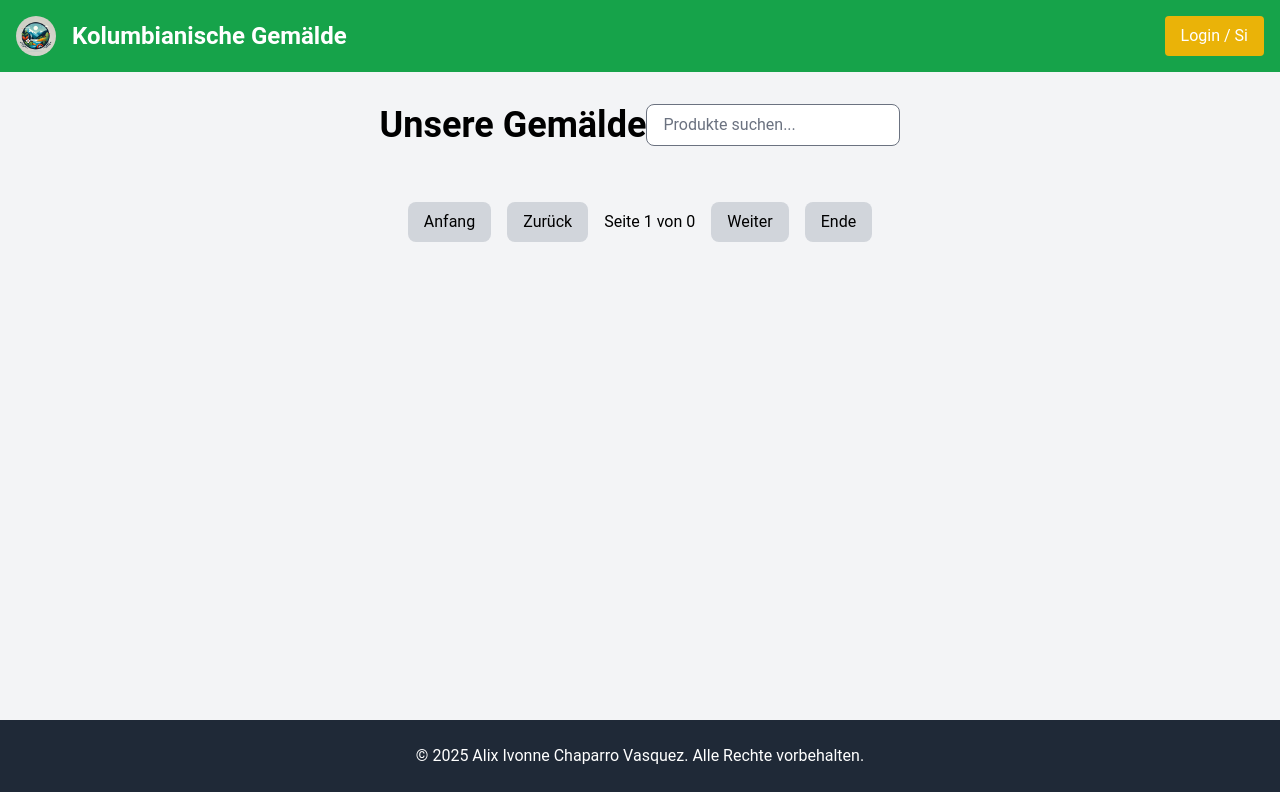
Repository: alixchaparrov/bilder-shop
Page: /
An editor plug-in stored every save of this project. The page is shown before and after the next save, followed by the edit.
The browser window is 1280 px wide. The pictures show the whole page.
The page's requests for data from a server got no answer. The project was rebuilt for these pictures with package versions that can differ from the ones it lists, and the page was loaded fresh each time. The framework's server and built-in components were replaced by stand-ins that run in the browser. No one was signed in, and anything a server would have sent is missing. Also part of the build but not shown: next.config.ts, src/app/components/AuthModalContent.tsx, src/store/cartStore.ts, src/app/components/ProductCard.tsx.

Above is the page before, as saved 2025-01-04 12:44:36.

### src/app/layout.tsx
"use client";

import "./globals.css";
import { Geist, Geist_Mono } from "next/font/google";
import { AuthProvider } from "@/context/AuthContext"; // Ruta precisa
import Navbar from "@/app/components/Navbar";

const geistSans = Geist({
  variable: "--font-geist-sans",
  subsets: ["latin"],
});

const geistMono = Geist_Mono({
  variable: "--font-geist-mono",
  subsets: ["latin"],
});

export default function RootLayout({
  children,
}: {
  children: React.ReactNode;
}) {
  return (
    <html lang="de">
      <head>
        <title>Kolumbianische Gemälde</title>
        <meta
          name="description"
          content="Galerie von kolumbianischen Landschaftsgemälden. Entdecken Sie die Schönheit Kolumbiens durch unsere einzigartigen Kunstwerke."
        />
        <link rel="icon" href="/favicon.png" />
      </head>
      <body className={`${geistSans.variable} ${geistMono.variable} antialiased`}>
        <AuthProvider>
          <Navbar />
          {children}
        </AuthProvider>
      </body>
    </html>
  );
}

### src/app/page.tsx
"use client";

import { useState, useEffect } from "react";
import client from "@/lib/sanity"; // Cliente de Sanity
import ProductCard from "@/app/components/ProductCard";
import Navbar from "@/app/components/Navbar"; // Asegúrate de que el Navbar esté correctamente importado

export default function Home() {
  const [products, setProducts] = useState([]); // Estado para productos
  const [searchQuery, setSearchQuery] = useState("");
  const [darkMode, setDarkMode] = useState(false);
  const [currentPage, setCurrentPage] = useState(1);
  const itemsPerPage = 6; // Productos por página

  // Cargar productos desde Sanity
  useEffect(() => {
    const fetchProducts = async () => {
      try {
        const fetchedProducts = await client.fetch(`*[_type == "product"]`);
        setProducts(fetchedProducts);
      } catch (err) {
        console.error("Error al cargar productos:", err);
      }
    };

    fetchProducts();
  }, []);

  // Filtrar productos
  const filteredProducts = products.filter((product) =>
    product.name.toLowerCase().includes(searchQuery.toLowerCase())
  );

  const totalPages = Math.ceil(filteredProducts.length / itemsPerPage);
  const paginatedProducts = filteredProducts.slice(
    (currentPage - 1) * itemsPerPage,
    currentPage * itemsPerPage
  );

  return (
    <div
      className={`min-h-screen flex flex-col ${
        darkMode ? "bg-gray-900 text-white" : "bg-gray-100 text-black"
      }`}
    >

      <main className="flex-grow pt-24 p-4 sm:p-8 max-w-7xl mx-auto">
        <div className="flex justify-between items-center mb-6">
          <h2 className="text-2xl sm:text-3xl lg:text-4xl font-semibold">
            Unsere Gemälde
          </h2>
          <input
            type="text"
            placeholder="Produkte suchen..."
            className="px-4 py-2 rounded-lg text-black"
            value={searchQuery}
            onChange={(e) => setSearchQuery(e.target.value)}
          />
        </div>

        {/* Lista de productos */}
        <div className="grid grid-cols-1 sm:grid-cols-2 lg:grid-cols-3 gap-6">
          {paginatedProducts.map((product) => (
            <ProductCard key={product._id} product={product} />
          ))}
        </div>

        {/* Paginación */}
        <div className="flex justify-center items-center mt-8 space-x-4">
          <button
            className="bg-gray-300 px-4 py-2 rounded-lg"
            disabled={currentPage === 1}
            onClick={() => setCurrentPage(1)}
          >
            Anfang
          </button>
          <button
            className="bg-gray-300 px-4 py-2 rounded-lg"
            disabled={currentPage === 1}
            onClick={() => setCurrentPage(currentPage - 1)}
          >
            Zurück
          </button>
          <span>
            Seite {currentPage} von {totalPages}
          </span>
          <button
            className="bg-gray-300 px-4 py-2 rounded-lg"
            disabled={currentPage === totalPages}
            onClick={() => setCurrentPage(currentPage + 1)}
          >
            Weiter
          </button>
          <button
            className="bg-gray-300 px-4 py-2 rounded-lg"
            disabled={currentPage === totalPages}
            onClick={() => setCurrentPage(totalPages)}
          >
            Ende
          </button>
        </div>
      </main>

      {/* Footer */}
      <footer className="bg-gray-800 text-white p-6 text-center">
        <p>
          © {new Date().getFullYear()} Alix Ivonne Chaparro Vasquez. Alle Rechte
          vorbehalten.
        </p>
      </footer>
    </div>
  );
}

### src/app/globals.css
@tailwind base;
@tailwind components;
@tailwind utilities;

/* Color Variables */
:root {
  --background: #f5f5f5;
  --foreground: #333333;
  --primary: #00704A;
  --secondary: #FFB400;
  --accent: #D62828;
}

.dark {
  --background: #121212;
  --foreground: #e0e0e0;
  --primary: #34D399;
  --secondary: #FACC15;
  --accent: #EF4444;
}

/* General Styles */
body {
  background-color: var(--background);
  color: var(--foreground);
  font-family: 'Roboto', sans-serif;
}

/* Navbar */
.navbar {
  @apply fixed top-0 left-0 right-0 z-50 flex justify-between items-center p-4;
  background-color: var(--primary);
  color: white;
}

.navbar input {
  @apply px-4 py-2 rounded-md border;
  border-color: var(--secondary);
  color: var(--foreground);
}

/* Cards */
.card {
  @apply bg-white dark:bg-gray-800 text-black dark:text-white shadow-lg rounded-lg p-6 transition-all;
}

.card:hover {
  @apply transform scale-105 shadow-xl;
}

.card-title {
  @apply text-xl font-bold;
}

.card-description {
  @apply text-sm text-gray-600 dark:text-gray-400;
}

.card-price {
  @apply text-lg font-bold text-primary;
}

/* Buttons */
.btn-primary {
  @apply bg-primary text-white px-4 py-2 rounded-md shadow;
  transition: background-color 0.3s;
}

.btn-primary:hover {
  @apply bg-green-700;
}

.btn-secondary {
  @apply bg-secondary text-black px-4 py-2 rounded-md shadow;
}

.btn-secondary:hover {
  @apply bg-yellow-600;
}

.btn-gray {
  @apply bg-gray-300 text-black px-4 py-2 rounded-md;
}

.btn-gray:disabled {
  @apply bg-gray-200 text-gray-400 cursor-not-allowed;
}

/* Cart Button */
.cart-button {
  @apply relative;
}

.cart-counter {
  @apply absolute -top-2 -right-2 bg-red-500 text-white text-xs font-bold rounded-full w-5 h-5 flex items-center justify-center;
}

/* Modal */
.modal-content {
  @apply bg-white dark:bg-gray-900 p-6 rounded-lg shadow-lg;
}

/* Footer */
footer {
  @apply bg-gray-800 text-white text-center py-4;
}

/* Utilities */
.line-clamp-3 {
  display: -webkit-box;
  -webkit-line-clamp: 3;
  -webkit-box-orient: vertical;
  overflow: hidden;
}

### src/context/AuthContext.tsx
import { createContext, useContext, useState, useEffect } from "react";
import client from "@/lib/sanity";
import bcrypt from "bcryptjs"; // Instala bcryptjs con `npm install bcryptjs`

interface User {
  email: string;
  role: string;
}

interface AuthContextType {
  user: User | null;
  login: (email: string, password: string) => Promise<void>;
  register: (email: string, password: string) => Promise<void>;
  logout: () => void;
}

const AuthContext = createContext<AuthContextType | null>(null);

export const AuthProvider = ({ children }: { children: React.ReactNode }) => {
  const [user, setUser] = useState<User | null>(null);

  const login = async (email: string, password: string) => {
    const query = `*[_type == "user" && email == $email][0]`;
    const result = await client.fetch(query, { email });

    if (!result || !(await bcrypt.compare(password, result.password))) {
      throw new Error("Credenciales incorrectas");
    }

    setUser({ email: result.email, role: result.role });
  };

  const register = async (email: string, password: string) => {
    const hashedPassword = await bcrypt.hash(password, 10);
    await client.create({
      _type: "user",
      email,
      password: hashedPassword,
      role: "user",
    });
  };

  const logout = () => setUser(null);

  return (
    <AuthContext.Provider value={{ user, login, register, logout }}>
      {children}
    </AuthContext.Provider>
  );
};

export const useAuth = () => useContext(AuthContext);

### src/app/components/Navbar.tsx
"use client";

import { useAuth } from "@/context/AuthContext"; // Contexto de autenticación
import { useState, useEffect } from "react";
import AuthModalContent from "./AuthModalContent";

const Navbar = () => {
  const { user, logout } = useAuth(); // Obtener usuario y funciones del contexto
  const [isModalOpen, setIsModalOpen] = useState(false); // Estado del modal de autenticación
  const [isClient, setIsClient] = useState(false); // Asegurar renderizado en cliente

  // Habilitar renderizado en cliente
  useEffect(() => {
    setIsClient(true);
  }, []);

  if (!isClient) return null; // Evitar renderizado en el servidor

  return (
    <>
      {/* Navbar */}
      <nav className="flex justify-between items-center p-4 bg-green-600 text-white">
        {/* Logo y título */}
        <div className="flex items-center space-x-4">
          <img
            src="/images/logo.png"
            alt="Logo"
            className="h-10 w-10 rounded-full"
          />
          <h1 className="text-2xl font-bold">Kolumbianische Gemälde</h1>
        </div>

        {/* Opciones de usuario */}
        <div className="flex items-center space-x-4">
          {user ? (
            <>
              <span>
                Willkommen, <strong>{user.email}</strong>
              </span>
              <button
                onClick={logout}
                className="bg-red-500 hover:bg-red-600 text-white px-4 py-2 rounded"
              >
                Cerrar sesión
              </button>
            </>
          ) : (
            <button
              onClick={() => setIsModalOpen(true)}
              className="bg-yellow-500 hover:bg-yellow-600 text-white px-4 py-2 rounded"
            >
              Login / Si
            </button>
          )}
        </div>
      </nav>

      {/* Modal de autenticación */}
      {isModalOpen && (
        <div className="fixed inset-0 flex items-center justify-center bg-black bg-opacity-50 z-50">
          <div className="bg-white p-6 rounded-lg shadow-lg w-full max-w-md relative">
            {/* Botón para cerrar el modal */}
            <button
              onClick={() => setIsModalOpen(false)}
              className="absolute top-2 right-2 text-gray-600 hover:text-gray-900"
            >
              ✖
            </button>

            {/* Contenido del modal */}
            <AuthModalContent onClose={() => setIsModalOpen(false)} />
          </div>
        </div>
      )}
    </>
  );
};

export default Navbar;

### src/lib/sanity.ts
import { createClient } from "@sanity/client";
import imageUrlBuilder from "@sanity/image-url";

const client = createClient({
  projectId: "mo3mvugi", // Reemplaza con tu Project ID
  dataset: "production",
  apiVersion: "2023-01-01",
  useCdn: true,
});


// Initialize URL builder
const builder = imageUrlBuilder(client);

// Helper function to build image URLs
export const urlFor = (source: any) => builder.image(source);

export default client;

### tailwind.config.ts
import type { Config } from "tailwindcss";

const config: Config = {
  content: [
    "./src/**/*.{js,ts,jsx,tsx}",
    "./src/pages/**/*.{js,ts,jsx,tsx}",
    "./src/components/**/*.{js,ts,jsx,tsx}",
    "./src/app/**/*.{js,ts,jsx,tsx}",
  ],
  theme: {
    extend: {
      colors: {
        primary: "#00704A",
        secondary: "#FFB400",
        accent: "#D62828",
        background: "#F3F4F6",
        card: "#FFFFFF",
        textDark: "#1B1B1B",
        textLight: "#FAFAFA",
      },
      fontFamily: {
        sans: ["Poppins", "sans-serif"],
        serif: ["Merriweather", "serif"],
      },
      boxShadow: {
        card: "0 4px 6px rgba(0, 0, 0, 0.1)",
      },
    },
  },
  darkMode: "class",
  plugins: [require("@tailwindcss/forms")],
};

export default config;

After the next save:
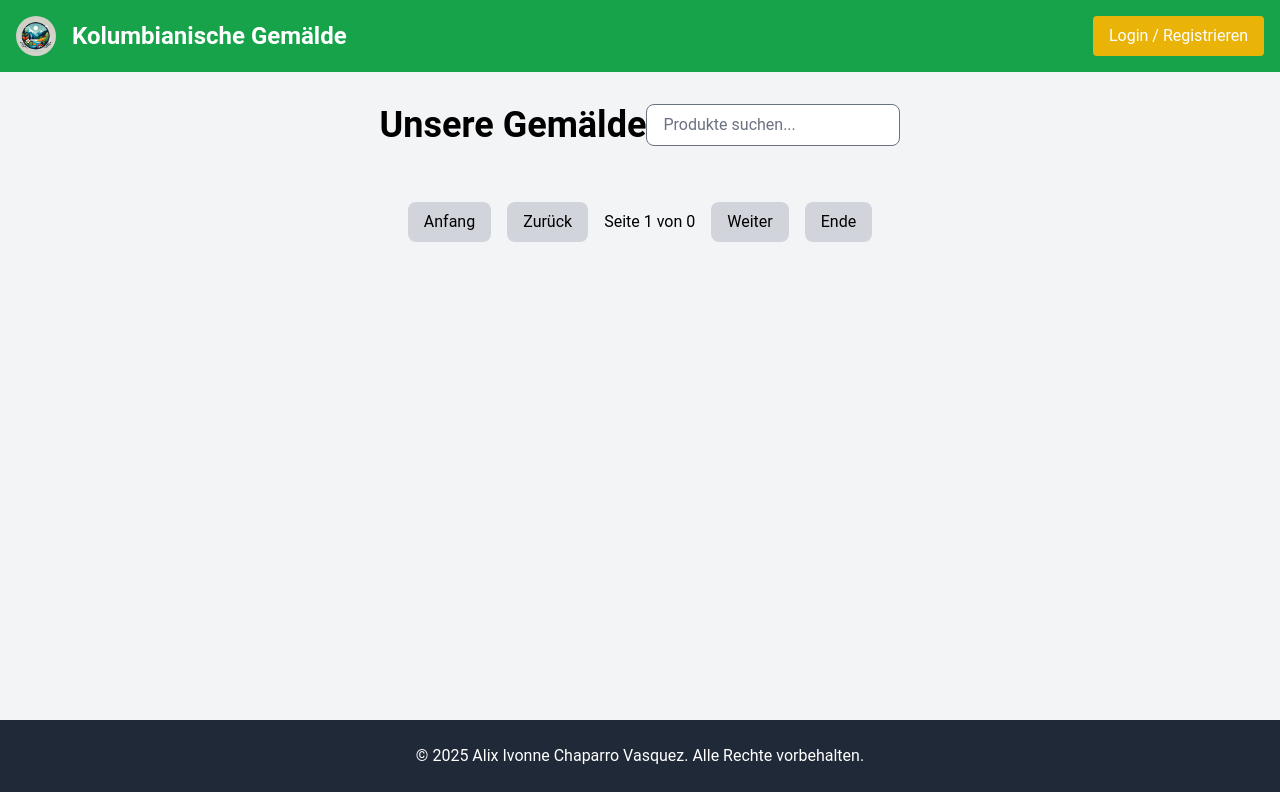
Saved 6 s later.
--- a/src/app/components/Navbar.tsx
+++ b/src/app/components/Navbar.tsx
@@ -49,7 +49,7 @@ const Navbar = () => {
               onClick={() => setIsModalOpen(true)}
               className="bg-yellow-500 hover:bg-yellow-600 text-white px-4 py-2 rounded"
             >
-              Login / Si
+              Login / Registrieren
             </button>
           )}
         </div>
